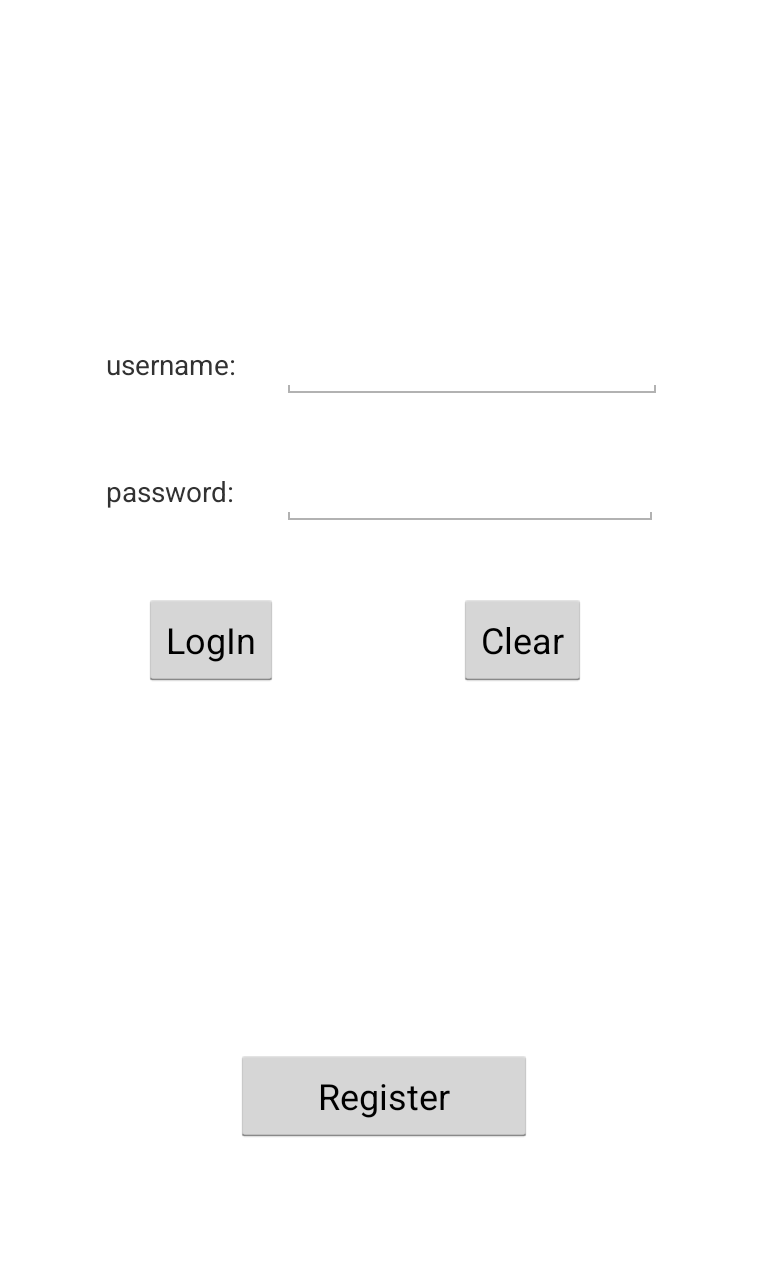
Repository: mpdehnel/seg
Layout: VectorOne/res/layout/activity_login.xml
An editor plug-in stored every save of this project. The layout is shown before and after the next save, followed by the edit.
It is drawn on a 768 x 1280 px phone screen (xhdpi) without system bars, with theme AppTheme; the app's code is not run.

Above is the layout before, as saved 2013-02-06 21:37:23.

### VectorOne/res/layout/activity_login.xml
<RelativeLayout xmlns:android="http://schemas.android.com/apk/res/android"
    xmlns:tools="http://schemas.android.com/tools"
    android:id="@+id/login_layout"
    android:layout_width="match_parent"
    android:layout_height="match_parent"
    android:columnCount="6"
    tools:context=".Login" >

    <Button
        android:id="@+id/registrationbutton"
        android:layout_width="150dp"
        android:layout_height="wrap_content"
        android:layout_alignParentBottom="true"
        android:layout_centerHorizontal="true"
        android:layout_marginBottom="68dp"
        android:onClick="registration"
        android:text="@string/button_registration" />

    <TextView
        android:id="@+id/userlabel"
        android:layout_width="wrap_content"
        android:layout_height="wrap_content"
        android:layout_alignBaseline="@+id/UsernameTextField"
        android:layout_alignBottom="@+id/UsernameTextField"
        android:layout_alignLeft="@+id/passwordlabel"
        android:text="@string/lable_username" />

    <TextView
        android:id="@+id/passwordlabel"
        android:layout_width="wrap_content"
        android:layout_height="wrap_content"
        android:layout_alignBaseline="@+id/PasswordTextField"
        android:layout_alignBottom="@+id/PasswordTextField"
        android:layout_toLeftOf="@+id/registrationbutton"
        android:text="@string/lable_password" />

    <Button
        android:id="@+id/loginbutton"
        android:layout_width="wrap_content"
        android:layout_height="wrap_content"
        android:layout_alignLeft="@+id/passwordlabel"
        android:layout_centerVertical="true"
        android:layout_marginLeft="18dp"
        android:onClick="login"
        android:text="@string/button_login" />

    <EditText
        android:id="@+id/PasswordTextField"
        android:layout_width="190dp"
        android:layout_height="wrap_content"
        android:layout_above="@+id/clearbutton"
        android:layout_marginBottom="32dp"
        android:layout_toRightOf="@+id/loginbutton"
        android:ems="10"
        android:inputType="textPassword" />

    <EditText
        android:id="@+id/UsernameTextField"
        android:layout_width="192dp"
        android:layout_height="wrap_content"
        android:layout_above="@+id/PasswordTextField"
        android:layout_marginBottom="24dp"
        android:layout_toRightOf="@+id/loginbutton"
        android:ems="10" />

    <Button
        android:id="@+id/clearbutton"
        android:layout_width="wrap_content"
        android:layout_height="wrap_content"
        android:layout_alignBaseline="@+id/loginbutton"
        android:layout_alignBottom="@+id/loginbutton"
        android:layout_alignRight="@+id/PasswordTextField"
        android:layout_marginRight="36dp"
        android:onClick="clear"
        android:text="@string/button_clear" />

</RelativeLayout>

### VectorOne/res/values/strings.xml
<resources>

    <string name="app_name">CacheCaptains</string>
    <string name="username">Username</string>
    <string name="button_maps">View</string>
    <string name="button_settings">Settings</string>
    <string name="button_user">Me</string>
    <string name="button_cachselect">Caches</string>
    <string name="button_login">LogIn</string>
    <string name="button_clear">Clear</string>
    <string name="button_registration">Register</string>
    <string name="lable_username">username:</string>
    <string name="lable_password">password:</string>
    <string name="question">Help</string>

    <string-array name="Cachs">
        <item>Yes</item>
        <item>No</item>
        <item>All</item>
    </string-array>
    <string-array name="Team">
        <item>My</item>
        <item>NotMine</item>
        <item>All</item>
    </string-array>
    <string-array name="Distance">
        <item>500</item>
        <item>1000</item>
        <item>2000</item>
        <item>5000</item>
        <item>10000</item>
        <item>All</item>
    </string-array>
    <string-array name="Unit">
        <item>m-km</item>
        <item>ft-mile</item>
    </string-array>
       <string-array name="sort">
        <item>name</item>
        <item>distance</item>
    </string-array>

    <string name="leer"></string>

    <string name="addnewCachebutton">AddNewCache</string>

</resources>

Loaded but not shown: VectorOne/res/values/styles.xml (common file); VectorOne/res/values-v11/styles.xml (common file); VectorOne/res/values-v14/styles.xml (common file)

After the next save:
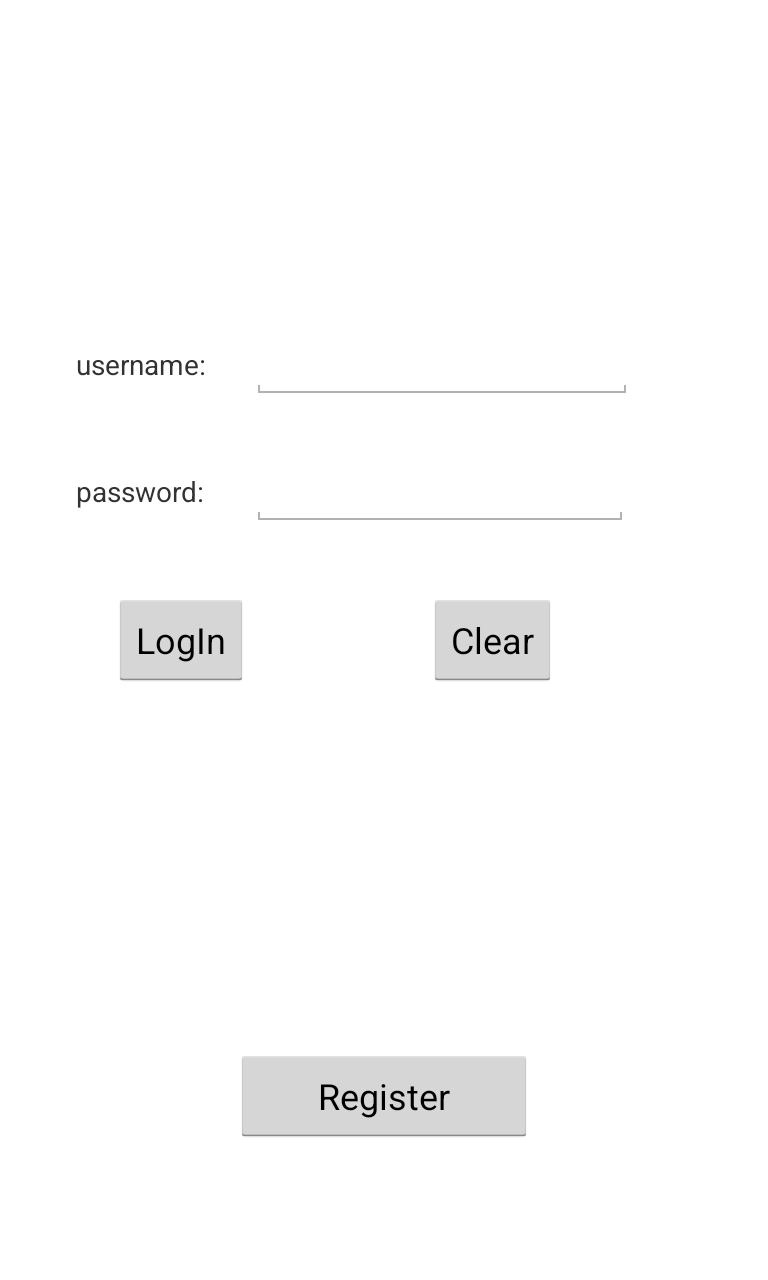
Saved 22 s later.
--- a/VectorOne/res/layout/activity_login.xml
+++ b/VectorOne/res/layout/activity_login.xml
@@ -24,15 +24,6 @@
         android:layout_alignBottom="@+id/UsernameTextField"
         android:layout_alignLeft="@+id/passwordlabel"
         android:text="@string/lable_username" />
-
-    <TextView
-        android:id="@+id/passwordlabel"
-        android:layout_width="wrap_content"
-        android:layout_height="wrap_content"
-        android:layout_alignBaseline="@+id/PasswordTextField"
-        android:layout_alignBottom="@+id/PasswordTextField"
-        android:layout_toLeftOf="@+id/registrationbutton"
-        android:text="@string/lable_password" />
 
     <Button
         android:id="@+id/loginbutton"
@@ -74,4 +65,14 @@
         android:onClick="clear"
         android:text="@string/button_clear" />
 
+    <TextView
+        android:id="@+id/passwordlabel"
+        android:layout_width="wrap_content"
+        android:layout_height="wrap_content"
+        android:layout_alignBaseline="@+id/PasswordTextField"
+        android:layout_alignBottom="@+id/PasswordTextField"
+        android:layout_alignParentLeft="true"
+        android:layout_marginLeft="38dp"
+        android:text="@string/lable_password" />
+
 </RelativeLayout>
